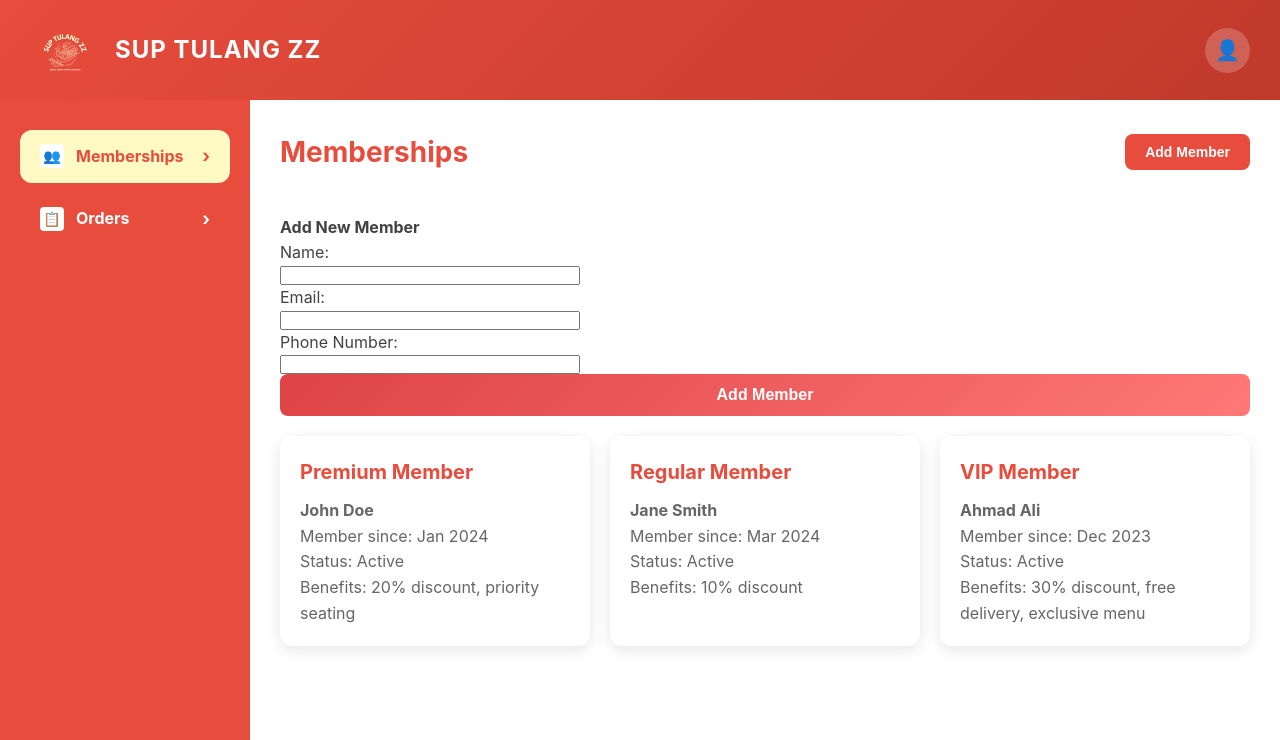
Repository: YIsheng2002/web-frontend
Page: view/Staff/dashboardstaff.html
The author's editor kept a copy of each file at every save. The page is drawn from the files as they stood at one save, then again after the next save.
The browser window is 1280 px wide. The pictures show the whole page.

Above is the page before, as saved 2025-06-12 18:27:17.

After the next save:
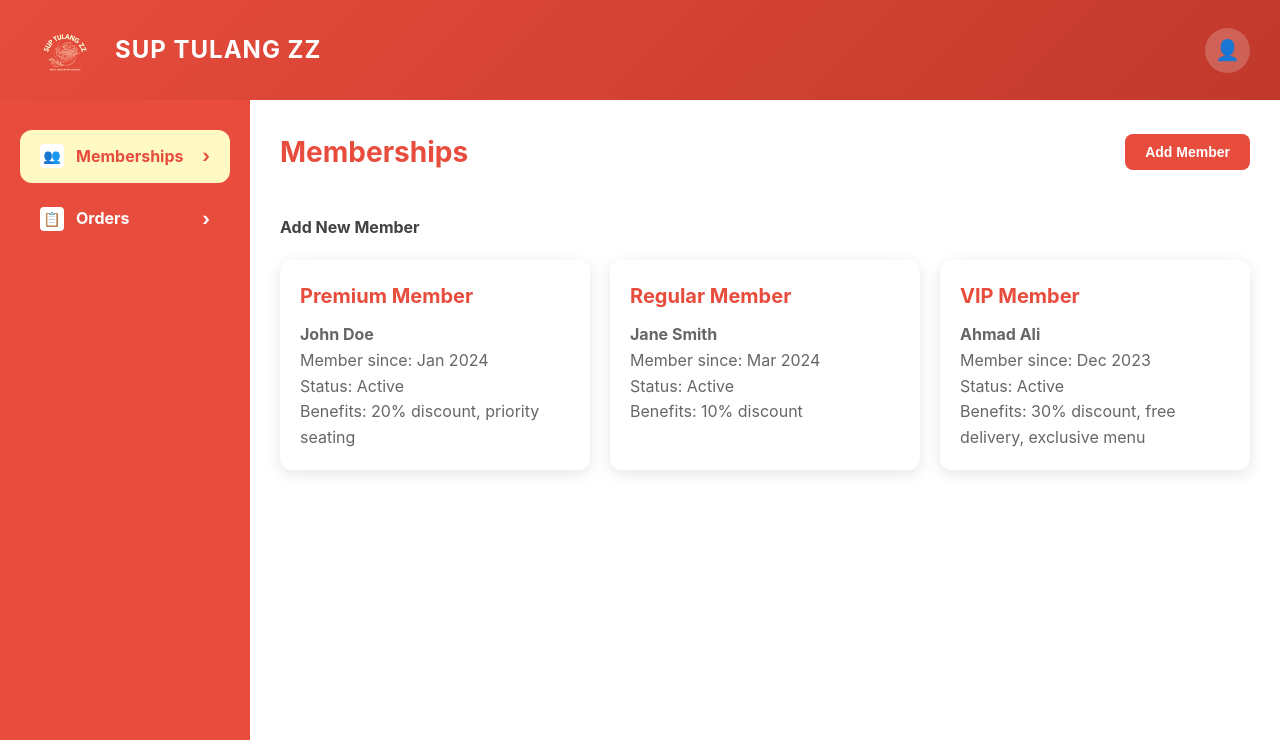
Saved 2 min 41 s later.
--- a/view/Staff/dashboardstaff.html
+++ b/view/Staff/dashboardstaff.html
@@ -65,7 +65,7 @@
                 </li>
             </ul>
         </div>
-        <!-- Main Content -->
+        <!-- Main Content membership page -->
         <div class="main-content active" id="membership">
             <div class="membership-header">
                 <h3>Memberships</h3>
@@ -74,26 +74,6 @@
 
             <div id="membershipForm" class="membership-form hidden">
                 <h4>Add New Member</h4>
-                <form id="addMemberForm">
-                    <div class="form-group">
-                        <label for="memberName">Name:</label>
-                        <input type="text" class="input-size" id="memberName" name="memberName" required>
-                    </div>
-
-                    <div class="form-group">
-                        <label for="memberEmail">Email:</label>
-                        <input type="email" class="input-size" id="memberEmail" name="memberEmail" required>
-                    </div>
-
-                    <div class="form-group">
-                        <label for="memberphonenumber">Phone Number:</label>
-                        <input type="phone number" class="input-size" id="memberphonenumber" name="memberphonenumber"
-                            required>
-                    </div>
-                    <button type="submit" class="btn-primary">Add Member</button>
-
-
-                </form>
 
                 <div class="membership-cards">
                     <div class="membership-card">
@@ -126,6 +106,7 @@
                 </div>
             </div>
         </div>
+        <!-- Main Content orders page -->
         <div class="main-content" id="orders">
             <h3>Orders</h3>
             <div class="order-list">
@@ -148,6 +129,28 @@
             </div>
         </div>
 
+        <div class="main-content" id="membershipform">
+            <h3>Add Member</h3>
+            <form id="addMemberForm">
+                    <div class="form-group">
+                        <label for="memberName">Name:</label>
+                        <input type="text" class="input-size" id="memberName" name="memberName" required>
+                    </div>
+
+                    <div class="form-group">
+                        <label for="memberEmail">Email:</label>
+                        <input type="email" class="input-size" id="memberEmail" name="memberEmail" required>
+                    </div>
+
+                    <div class="form-group">
+                        <label for="memberphonenumber">Phone Number:</label>
+                        <input type="phone number" class="input-size" id="memberphonenumber" name="memberphonenumber"
+                            required>
+                    </div>
+                    <button type="submit" class="btn-primary">Add Member</button>
+                </form>
+        </div>
+
 </body>
 
 </html>
